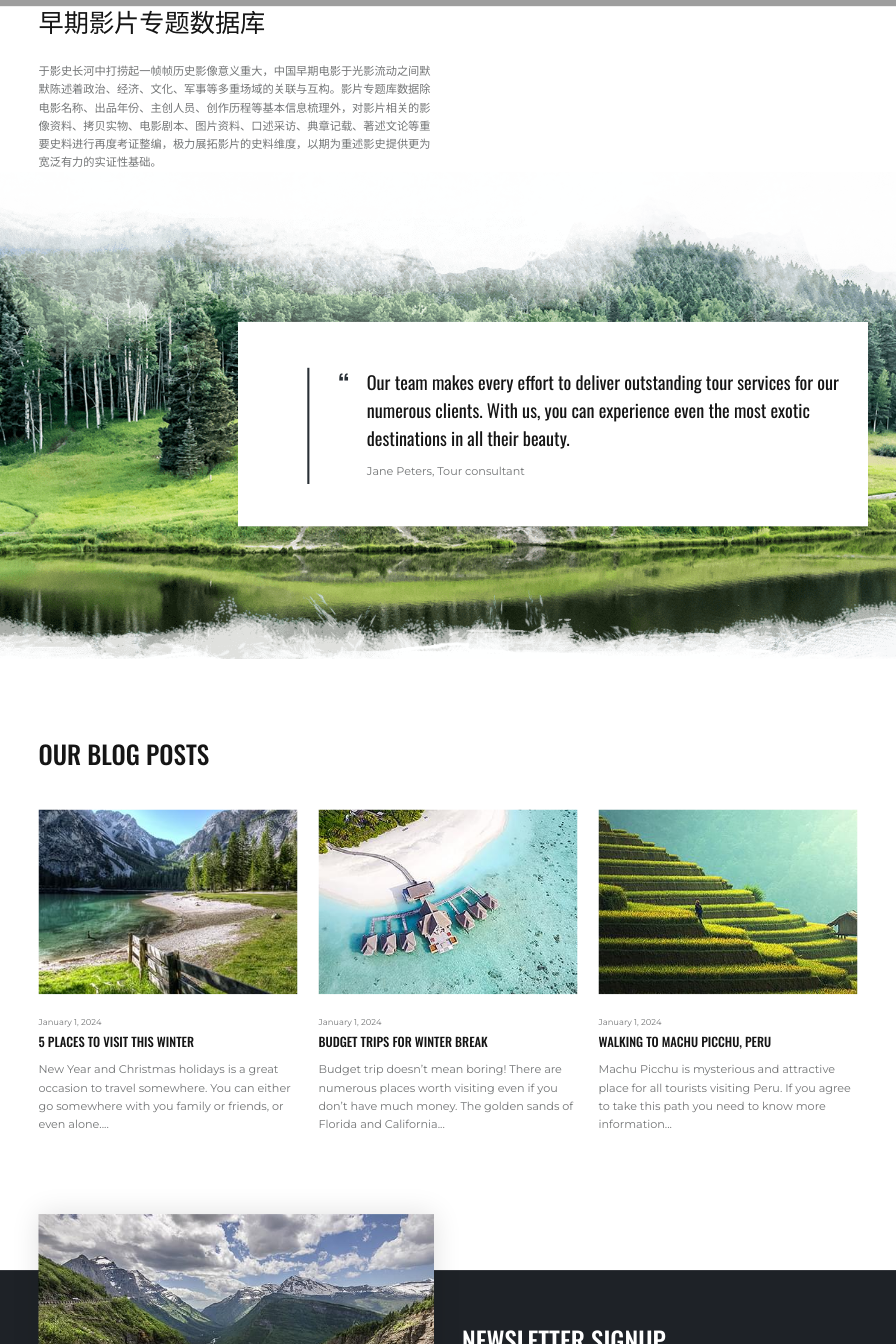
Repository: Jquarker/Modern-Film-Database
Page: index.html
An editor plug-in stored every save of this project. The page is shown before and after the next save, followed by the edit.
The browser window is 1280 px wide. The pictures show the part of the page from y = 3679 to 5599 px (the page is 5959 px tall before and 6195 px after), at 70% of full size.
Pictures or frames that could not be fetched are drawn as grey boxes.

Above is the page before, as saved 2025-02-21 11:46:46.

### index.html
<!DOCTYPE html>
<html class="wide wow-animation" lang="en">
  <head>
    <title>Home</title>
    <meta charset="utf-8">
    <meta name="viewport" content="width=device-width, height=device-height, initial-scale=1.0">
    <meta http-equiv="X-UA-Compatible" content="IE=edge">
    <link rel="icon" href="images/favicon.ico" type="image/x-icon">
    <link rel="stylesheet" type="text/css" href="https://fonts.googleapis.com/css?family=Oswald:200,300,400,500,700%7CMontserrat:400,500,600">
    <link rel="stylesheet" href="css/bootstrap.css">
    <link rel="stylesheet" href="css/fonts.css">
    <link rel="stylesheet" href="css/style.css">
  </head>
  <body>
    <div class="preloader">
      <div class="preloader-body">
        <div class="cssload-container">
          <div class="cssload-speeding-wheel"></div>
        </div>
        <p>Loading...</p>
      </div>
    </div>
    <div class="page">
      <header class="section page-header">
        <!--RD Navbar-->
        <div class="rd-navbar-wrap">
          <nav class="rd-navbar rd-navbar-classic" data-layout="rd-navbar-fixed" data-sm-layout="rd-navbar-fixed" data-md-layout="rd-navbar-fixed" data-md-device-layout="rd-navbar-fixed" data-lg-layout="rd-navbar-static" data-lg-device-layout="rd-navbar-static" data-xl-layout="rd-navbar-static" data-xl-device-layout="rd-navbar-static" data-lg-stick-up-offset="46px" data-xl-stick-up-offset="46px" data-xxl-stick-up-offset="46px" data-lg-stick-up="true" data-xl-stick-up="true" data-xxl-stick-up="true">
            <div class="rd-navbar-collapse-toggle rd-navbar-fixed-element-1" data-rd-navbar-toggle=".rd-navbar-collapse"><span></span></div>
            <div class="rd-navbar-main-outer">
              <div class="rd-navbar-main">
                <!--RD Navbar Panel-->
                <div class="rd-navbar-panel">
                  <!--RD Navbar Toggle-->
                  <button class="rd-navbar-toggle" data-rd-navbar-toggle=".rd-navbar-nav-wrap"><span></span></button>
                  <!--RD Navbar Brand-->
                  <div class="rd-navbar-brand">
                    <!--Brand--><a class="brand" href="index.html"><p style="font-size: 30px; width: 400px; height:30px;">早期电影史料数据库</p></a>
                  </div>
                </div>
                <div class="rd-navbar-main-element">
                  <div class="rd-navbar-nav-wrap">
                    <ul class="rd-navbar-nav">
                      <li class="rd-nav-item active"><a class="rd-nav-link" href="index.html">Home</a>
                      </li>
                      <li class="rd-nav-item"><a class="rd-nav-link" href="about.html">About</a>
                      </li>
                      <li class="rd-nav-item"><a class="rd-nav-link" href="tours.html">Tours</a>
                        <ul class="rd-menu rd-navbar-dropdown">
                          <li class="rd-dropdown-item"><a class="rd-dropdown-link" href="single-tour.html">Single Tour</a>
                          </li>
                        </ul>
                      </li>
                      <li class="rd-nav-item"><a class="rd-nav-link" href="services.html">Services</a>
                        <ul class="rd-menu rd-navbar-dropdown">
                          <li class="rd-dropdown-item"><a class="rd-dropdown-link" href="single-service.html">Single Service</a>
                          </li>
                        </ul>
                      </li>
                      <li class="rd-nav-item"><a class="rd-nav-link" href="#">Pages</a>
                        <ul class="rd-menu rd-navbar-megamenu">
                          <li class="rd-megamenu-item">
                            <h6 class="rd-megamenu-title"><a href="pages-1.html">Pages 1</a></h6>
                            <ul class="rd-megamenu-list">
                              <li class="rd-megamenu-list-item"><a class="rd-megamenu-list-link" href="typography.html">Typography</a></li>
                              <li class="rd-megamenu-list-item"><a class="rd-megamenu-list-link" href="buttons.html">Buttons</a></li>
                              <li class="rd-megamenu-list-item"><a class="rd-megamenu-list-link" href="forms.html">Forms</a></li>
                              <li class="rd-megamenu-list-item"><a class="rd-megamenu-list-link" href="tabs-and-accordions.html">Tabs and accordions</a></li>
                              <li class="rd-megamenu-list-item"><a class="rd-megamenu-list-link" href="progress-bars.html">Progress bars</a></li>
                              <li class="rd-megamenu-list-item"><a class="rd-megamenu-list-link" href="tables.html">Tables</a></li>
                            </ul>
                          </li>
                          <li class="rd-megamenu-item">
                            <h6 class="rd-megamenu-title">Pages 2</h6>
                            <ul class="rd-megamenu-list">
                              <li class="rd-megamenu-list-item"><a class="rd-megamenu-list-link" href="grid-system.html">Grid system</a></li>
                              <li class="rd-megamenu-list-item"><a class="rd-megamenu-list-link" href="privacy-policy.html">Privacy policy</a></li>
                              <li class="rd-megamenu-list-item"><a class="rd-megamenu-list-link" href="search-results.html">Search results</a></li>
                              <li class="rd-megamenu-list-item"><a class="rd-megamenu-list-link" href="under-construction.html">Under-construction</a></li>
                            </ul>
                          </li>
                        </ul>
                      </li>
                      <li class="rd-nav-item"><a class="rd-nav-link" href="contacts.html">Contacts</a>
                      </li>
                    </ul>
                  </div>
                  <!--RD Navbar Search-->
                  <div class="rd-navbar-search">
                    <button class="rd-navbar-search-toggle rd-navbar-fixed-element-2" data-rd-navbar-toggle=".rd-navbar-search"><span></span></button>
                    <form class="rd-search" action="search-results.html" data-search-live="rd-search-results-live" method="GET">
                      <div class="form-wrap">
                        <label class="form-label" for="rd-navbar-search-form-input">Search...</label>
                        <input class="rd-navbar-search-form-input form-input" id="rd-navbar-search-form-input" type="text" name="s" autocomplete="off">
                        <div class="rd-search-results-live" id="rd-search-results-live"></div>
                      </div>
                      <button class="rd-search-form-submit fa-search" type="submit"></button>
                    </form>
                  </div>
                </div>
              </div>
            </div>
          </nav>
        </div>
      </header>
      <!--Swiper-->
      <section class="section swiper-container swiper-slider swiper-slider-1" data-autoplay="5000" data-swiper='{"simulateTouch":false,"speed":500}'>
        <div class="swiper-wrapper text-center">
          <div class="swiper-slide context-dark" data-slide-bg="images/test1.png"><!--宣传图-->
            <div class="swiper-slide-caption section-md">
              <div class="container">
                <div class="row justify-content-lg-center">
                  <div class="col-lg-8">
                    <!--<div class="intro-box">
                      <div class="intro-box__floating-text">Journey</div>
                      <div class="intro-box__title"><span data-caption-animate="fadeInUp" data-caption-delay="200">Exploring</span><span data-caption-animate="fadeInUp" data-caption-delay="300">the world</span></div>
                      <div class="intro-box__video" data-caption-animate="fadeInUp" data-caption-delay="400"><a href="#" data-lightgallery="item">Watch the video</a></div>
                    </div>-->
                  </div>
                </div>
              </div>
            </div>
          </div>
          <div class="swiper-slide context-dark" data-slide-bg="images/test2.png">
            <div class="swiper-slide-caption section-md">
              <div class="container">
                <div class="row justify-content-lg-center">
                  <div class="col-lg-8">
                    <!--<div class="intro-box">
                      <div class="intro-box__floating-text">Journey</div>
                      <div class="intro-box__title"><span data-caption-animate="fadeInUp" data-caption-delay="200">Best</span><span data-caption-animate="fadeInUp" data-caption-delay="300">Destinations</span></div>
                      <div class="intro-box__video" data-caption-animate="fadeInUp" data-caption-delay="400"><a href="#" data-lightgallery="item">Watch the video</a></div>
                    </div>-->
                  </div>
                </div>
              </div>
            </div>
          </div>
          <div class="swiper-slide context-dark" data-slide-bg="images/test3.png">
            <div class="swiper-slide-caption section-md">
              <div class="container">
                <div class="row justify-content-lg-center">
                  <div class="col-lg-8">
                    <!--<div class="intro-box">
                      <div class="intro-box__floating-text">Journey</div>
                      <div class="intro-box__title"><span data-caption-animate="fadeInUp" data-caption-delay="200">Memorable</span><span data-caption-animate="fadeInUp" data-caption-delay="300">Experiences</span></div>
                      <div class="intro-box__video" data-caption-animate="fadeInUp" data-caption-delay="400"><a href="#" data-lightgallery="item">Watch the video</a></div>
                    </div>-->
                  </div>
                </div>
              </div>
            </div>
          </div>
        </div>
        <!--Swiper Pagination-->
        <div class="swiper-pagination"></div>
        <!--Swiper Navigation-->
        <div class="swiper-button-prev fa-arrow-left"></div>
        <div class="swiper-button-next fa-arrow-right"></div>
      </section>
      <!--Way to Travel-->
      <section class="section section-custom-1 bg-image-1">
        <div class="container">
          <div class="row row-30">
            <div class="col-xl-5 position-relative">
              <h2><span class="wow fadeInLeft d-xl-block">Explore a different</span><span class="wow fadeInLeft d-xl-block" data-wow-delay=".2s">way to travel</span></h2>
              <p class="wow fadeInLeft offset-xl" data-wow-delay=".3s">Discover new cultures and have a wonderful rest with Backpack Story! Select the country you’d like to visit and provide our agents with estimated time – they’ll find and offer the most suitable tours and hotels.</p>
              <p class="wow fadeInLeft" data-wow-delay=".4s">During our work, we organized countless journeys for our clients. We started as a small tour bureau, and soon we expanded our offers list. Today we have valuable experience travelling and we can advise the most stunning resorts, cities and countries to visit!</p>
              <div class="offset-top-25 wow fadeInUp" data-wow-delay=".5s"><img src="images/signature-1-113x66.png" alt="" width="113" height="66"/>
              </div>
            </div>
            <div class="col-xl-7 position-relative">
              <div class="image-box inset-xl-1 wow fadeInUp">
                <div class="image-box__static"><img src="images/img-2-home-364x459.jpg" alt="" width="364" height="459"/>
                </div>
                <div class="image-box__float"><img src="images/img-1-home-364x459.jpg" alt="" width="364" height="459"/>
                </div>
              </div>
            </div>
          </div>
        </div>
      </section>
      <!--Call to action creative-->
      <section class="section bg-image-2 section-lg">
        <div class="container">
          <div class="row row-30 flex-column-reverse flex-lg-row">
            <div class="col-lg-4 d-flex flex-column justify-content-lg-center justify-content-xl-end wow fadeInLeft z-index align-items-center"><a class="floating-video-box" href="#" data-lightgallery="item"><img src="images/video-overlay-370x288.jpg" alt="" width="370" height="288"/><span class="icon fa fa-play"></span></a></div>
            <div class="col-lg-8 column-bg-1">
              <div class="quote-classic-wrap">
                <div class="heading-4 wow fadeInUp">At Backpack Story, we personally plan and create all our tours to offer flexibility and unique impressions that you won't get anywhere else. Moreover, each tour is tailor-made for our customers to provide the experience they are looking for.</div>
                <p class="fst-italicwow fadeInUp" data-wow-delay=".2s">John Wilson, Agency director</p>
              </div>
            </div>
          </div>
        </div>
      </section>
      <!--Advantages-->
      <section class="section section-md bg-default">
        <div class="container">
          <div class="row row-30">
            <div class="col-lg-4 wow fadeInUp" data-wow-delay=".2s">
              <h2><a href="#">01. best Hotels</a></h2>
              <p class="offset-xl">We guarantee the best hotels and very comfortable rooms, which will be appreciated by every traveller. You will be absolutely happy with the hotel and will have a wonderful vacation there.</p>
            </div>
            <div class="col-lg-4 wow fadeInUp" data-wow-delay=".3s">
              <h2><a href="#">02. Tourist Guide</a></h2>
              <p class="offset-xl">We provide our clients with such a service as Tourist Guide. Its main goal is to ensure people with all necessary information any time it's needed. This service is similar to Customer Support with emphasis on travelling.</p>
            </div>
            <div class="col-lg-4 wow fadeInUp" data-wow-delay=".4s">
              <h2><a href="#">03. Flights Tickets</a></h2>
              <p class="offset-xl">You can book tickets on any plane online via our booking system. Here you have an opportunity to select your transport operator. Our representatives will help you with the details.</p>
            </div>
          </div>
        </div>
      </section>
      <!--Tours-->
      <section class="section section-lg bg-image-3">
        <div class="creative-bg">
          <div class="container">
            <div class="row row-30 justify-content-center" data-lightgallery="group">
              <div class="d-flex col-sm-6 col-lg-4 order-xl-1 order-1 wow fadeInLeft"><a class="info-box-classic" href="images/4_1.jpg" data-lightgallery="item"><img src="images/4_1.jpg" alt="" width="370" height="510"/>
                  <div class="info-box-classic__description">
                    <div class="heading-4">透明的上海</div>
                  </div></a></div>
              <div class="col-sm-12 col-lg-4 order-3 order-xl-2">
                <div class="row row-30">
                  <div class="col-lg-12 col-sm-6 wow fadeInUp" data-wow-delay=".2s"><a class="info-box-classic" href="images/4_2.jpg" data-lightgallery="item"><img src="images/4_2.jpg" alt="" width="370" height="510"/>
                      <div class="info-box-classic__description">
                        <div class="heading-4">希望在人间</div>
                      </div></a></div>
                  <div class="col-lg-12 col-sm-6 wow fadeInUp" data-wow-delay=".3s"><a class="info-box-classic" href="images/4_3.jpg" data-lightgallery="item"><img src="images/4_3.jpg" alt="" width="370" height="510"/>
                      <div class="info-box-classic__description">
                        <div class="heading-4">金粉霓裳</div>
                      </div></a></div>
                </div>
              </div>
            </div>
          </div>
        </div>
      </section>
      <!--Info Section-->
      <section class="section section-md bg-default">
        <div class="container">
          <h2>早期影片专题数据库</h2>
          <div class="row row-40 offset-lg">
            <div class="col-xl-6 wow fadeInLeft">
              <p>于影史长河中打捞起一帧帧历史影像意义重大，中国早期电影于光影流动之间默默陈述着政治、经济、文化、军事等多重场域的关联与互构。影片专题库数据除电影名称、出品年份、主创人员、创作历程等基本信息梳理外，对影片相关的影像资料、拷贝实物、电影剧本、图片资料、口述采访、典章记载、著述文论等重要史料进行再度考证整编，极力展拓影片的史料维度，以期为重述影史提供更为宽泛有力的实证性基础。</p>
            </div>
              </ul>
            </div>
          </div>
        </div>
      </section>
      <section class="section section-lg bg-image-4">
        <div class="container">
          <div class="row justify-content-xl-end">
            <div class="col-xl-9 column-bg-2">
              <div class="quote-classic-wrap">
                <div class="heading-4 wow fadeInUp">Our team makes every effort to deliver outstanding tour services for our numerous clients. With us, you can experience even the most exotic destinations in all their beauty.</div>
                <p class="fst-italicwow fadeInUp" data-wow-delay=".2s">Jane Peters, Tour consultant</p>
              </div>
            </div>
          </div>
        </div>
      </section>
      <!--Blog Post-->
      <section class="section section-lg">
        <div class="container">
          <h2 class="text-center text-md-start">Our blog posts</h2>
          <div class="row row-30">
            <div class="col-lg-4 col-md-6">
              <div class="post-classic"><a class="post-classic__media" href="#"><img src="images/blog-post-1-370x264.jpg" alt="" width="370" height="264"/></a>
                <div class="post-classic-caption"><span>January 1, 2024</span>
                  <h5><a href="#">5 PLACES TO VISIT THIS WINTER</a></h5>
                  <p>New Year and Christmas holidays is a great occasion to travel somewhere. You can either go somewhere with you family or friends, or even alone....</p>
                </div>
              </div>
            </div>
            <div class="col-lg-4 col-md-6">
              <div class="post-classic"><a class="post-classic__media" href="#"><img src="images/blog-post-2-370x264.jpg" alt="" width="370" height="264"/></a>
                <div class="post-classic-caption"><span>January 1, 2024</span>
                  <h5><a href="#">Budget Trips for Winter Break</a></h5>
                  <p>Budget trip doesn’t mean boring! There are numerous places worth visiting even if you don’t have much money. The golden sands of Florida and California...</p>
                </div>
              </div>
            </div>
            <div class="col-lg-4 col-md-6">
              <div class="post-classic"><a class="post-classic__media" href="#"><img src="images/blog-post-3-370x264.jpg" alt="" width="370" height="264"/></a>
                <div class="post-classic-caption"><span>January 1, 2024</span>
                  <h5><a href="#">Walking to Machu Picchu, Peru</a></h5>
                  <p>Machu Picchu is mysterious and attractive place for all tourists visiting Peru. If you agree to take this path you need to know more information...</p>
                </div>
              </div>
            </div>
          </div>
        </div>
      </section>
      <!--Footer-->
      <footer class="section footer-classic context-dark">
        <div class="container">
          <div class="row row-narrow-40 row-30">
            <div class="col-lg-6 text-center wow fadeInLeft" data-wow-delay=".1s">
              <div class="footer-media"><img src="images/footer-img-570x402.jpg" alt="" width="570" height="402"/>
              </div>
            </div>
            <div class="col-lg-6 wow fadeInRight" data-wow-delay=".2s">
              <div class="footer-classic_subscribe">
                <h2>Newsletter Signup</h2>
                <h5 class="text-primary">SIGN UP NOW TO RECEIVE HOT SPECIAL OFFERS AND INFORMATION ABOUT THE BEST TOURS!</h5>
                <form class="rd-form rd-mailform rd-form-inline subscribe-form" data-form-output="form-output-global" data-form-type="subscribe" method="post" action="bat/rd-mailform.php">
                  <div class="form-wrap">
                    <input class="form-input" id="subscribe-form-email-5" type="email" name="email" data-constraints="@Email @Required">
                    <label class="form-label" for="subscribe-form-email-5">Enter your e-mail</label>
                    <div class="form-button">
                      <button class="button button-primary fa fa-chevron-circle-right" type="submit"></button>
                    </div>
                  </div>
                </form>
              </div>
            </div>
          </div>
        </div>
        <div class="footer-classic-aside">
          <div class="container">
            <div class="row justify-content-between flex-column-reverse flex-md-row row-20">
              <div class="col-xl-6 col-md-8">
                <div class="footer-classic-aside__group">
                  <!--Brand--><a class="brand" href="index.html"><img class="brand-logo-dark" src="images/logo-default-225x39.png" alt="" width="112" height="19"/><img class="brand-logo-light" src="images/logo-default-225x39.png" alt="" width="112" height="19"/></a>
                  <p class="rights"><span>Copyright</span><span>&nbsp;</span><span>&copy;&nbsp;</span><span class="copyright-year"></span><span>&nbsp;</span><span>All Rights Reserved</span> <a target="_blank" href="https://www.mobanwang.com/" title="网站模板">网站模板</a></p>
                </div>
              </div>
              <div class="col-xl-3 col-md-4">
                <ul class="social-list">
                  <li class="wow fadeInUp" data-wow-delay=".1s"><a href="#"><span class="icon fa fa-facebook"></span></a></li>
                  <li class="wow fadeInUp" data-wow-delay=".2s"><a href="#"><span class="icon fa fa-twitter"></span></a></li>
                  <li class="wow fadeInUp" data-wow-delay=".3s"><a href="#"><span class="icon fa fa-instagram"></span></a></li>
                  <li class="wow fadeInUp" data-wow-delay=".4s"><a href="#"><span class="icon fa fa-pinterest"></span></a></li>
                </ul>
              </div>
            </div>
          </div>
        </div>
      </footer>
    </div>
    <div class="snackbars" id="form-output-global"></div>
    <script src="js/core.min.js"></script>
    <script src="js/script.js"></script>
  </body>
</html>

Loaded but not shown: css/bootstrap.css (library); css/fonts.css (library); css/style.css (library); js/core.min.js (library); js/script.js (1533 lines, source omitted)

After the next save:
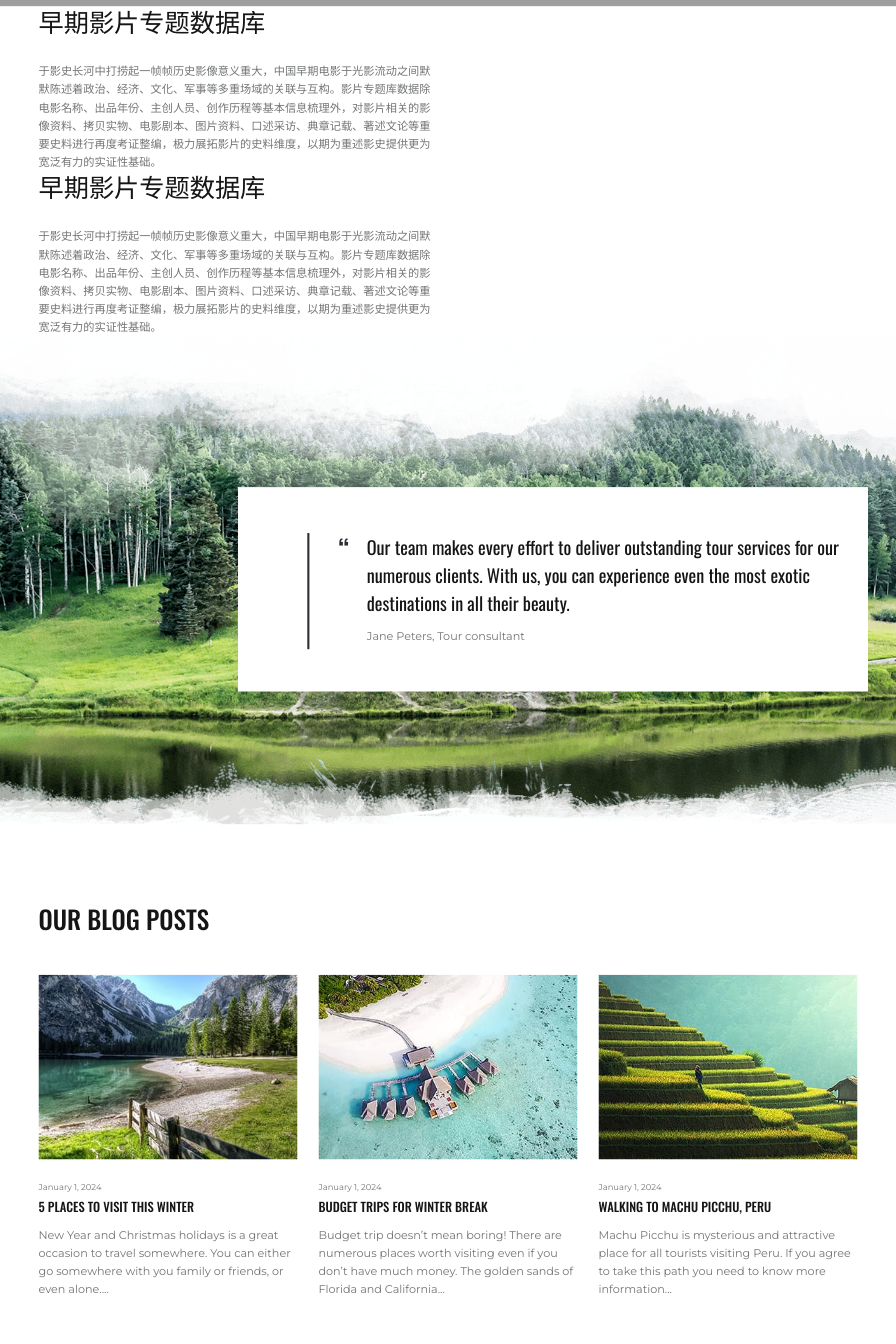
Saved 29 s later.
--- a/index.html
+++ b/index.html
@@ -247,6 +247,15 @@
             </div>
               </ul>
             </div>
+                      <h2>早期影片专题数据库</h2>
+                      <div class="row row-40 offset-lg">
+                        <div class="col-xl-6 wow fadeInLeft">
+                          <p>
+                            于影史长河中打捞起一帧帧历史影像意义重大，中国早期电影于光影流动之间默默陈述着政治、经济、文化、军事等多重场域的关联与互构。影片专题库数据除电影名称、出品年份、主创人员、创作历程等基本信息梳理外，对影片相关的影像资料、拷贝实物、电影剧本、图片资料、口述采访、典章记载、著述文论等重要史料进行再度考证整编，极力展拓影片的史料维度，以期为重述影史提供更为宽泛有力的实证性基础。
+                          </p>
+                        </div>
+                        </ul>
+                      </div>
           </div>
         </div>
       </section>
